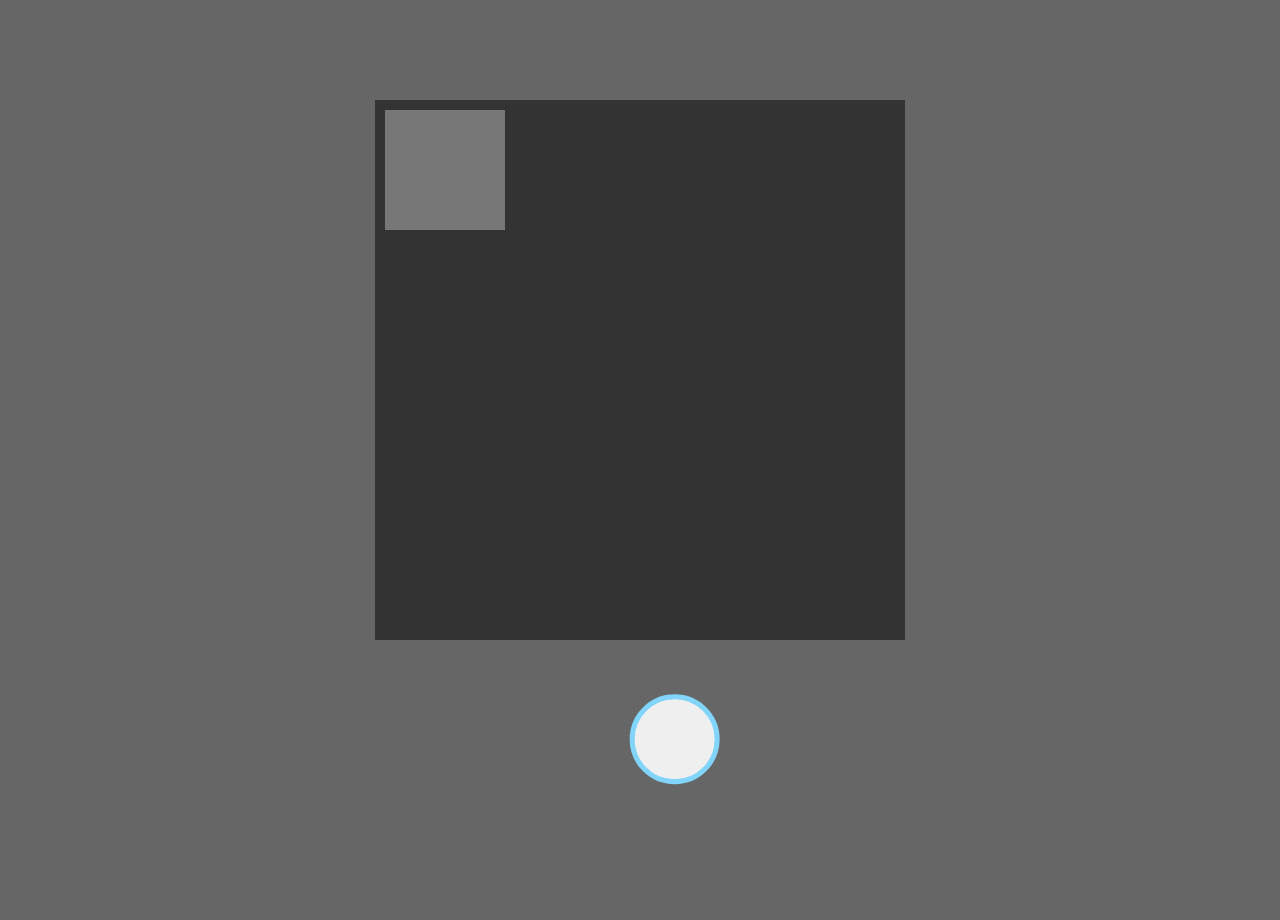
Repository: thisisbb/2048
Page: index.html
The author's editor kept a record of every edit. The page is drawn from the files as they stood at one moment, then again after the next edit.
The browser window is 1280 px wide. The pictures show the whole page.

Above is the page before.
Console error: SyntaxError: Unexpected token ')'

After the next edit:
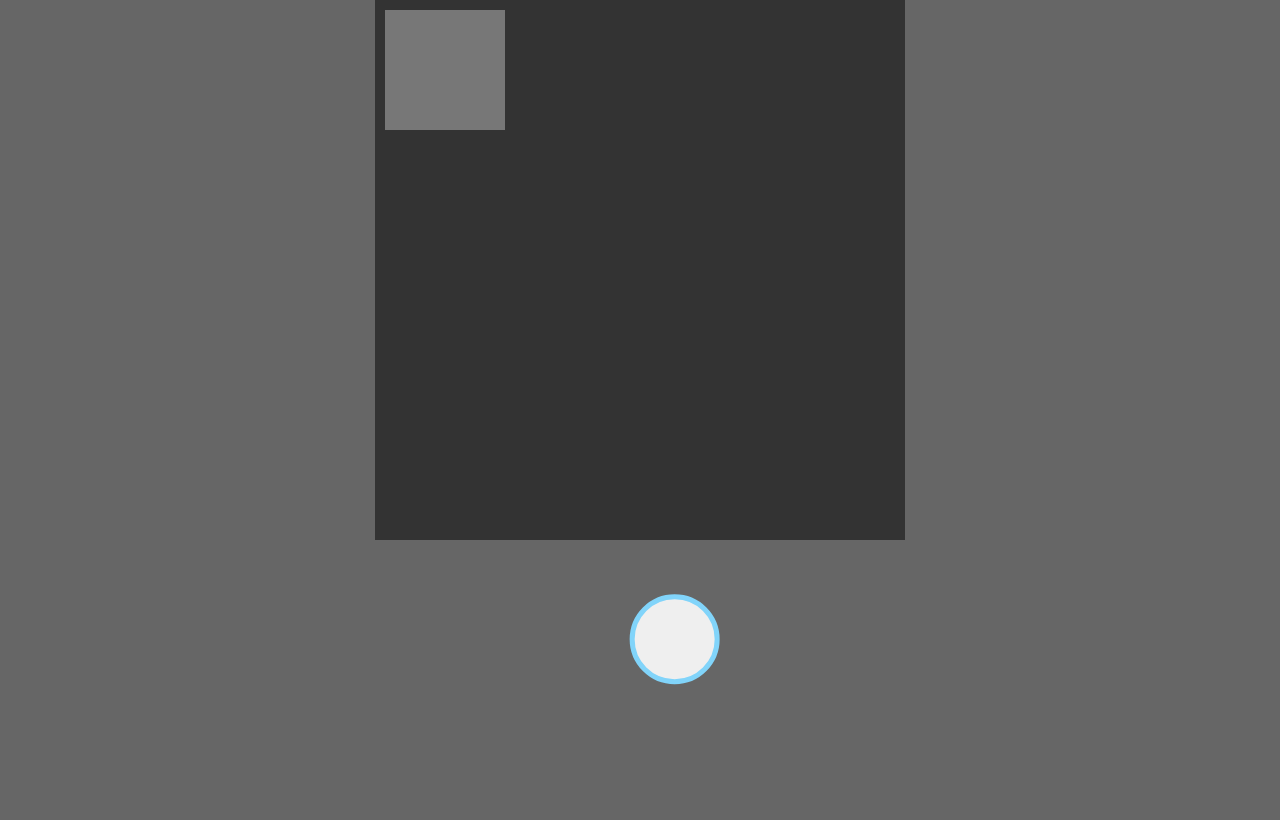
The edit:
--- a/css/style.css
+++ b/css/style.css
@@ -13,7 +13,7 @@
 #view {
     width: 530px;
     height: 530px;
-    margin: 100px auto;
+    margin: 0px auto;
 }
 
 .wrapper {
